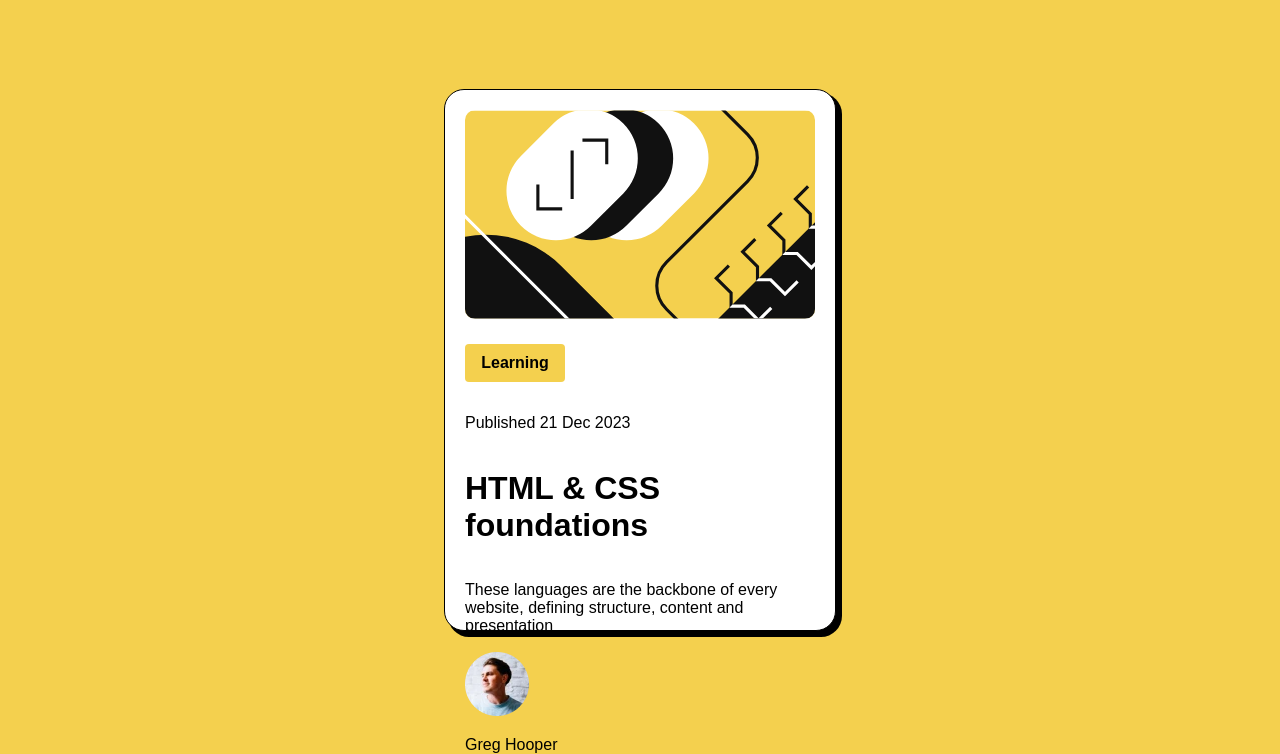
Repository: brandontaylor1/blogpreviewcard
Page: index.html
These files come from the project's save history. The page is drawn as it stood at one moment and after the next save; the edit follows.
The browser window is 1280 px wide. The pictures show the whole page.

Above is the page before, as saved 2024-12-25 11:16:10.

After the next save:
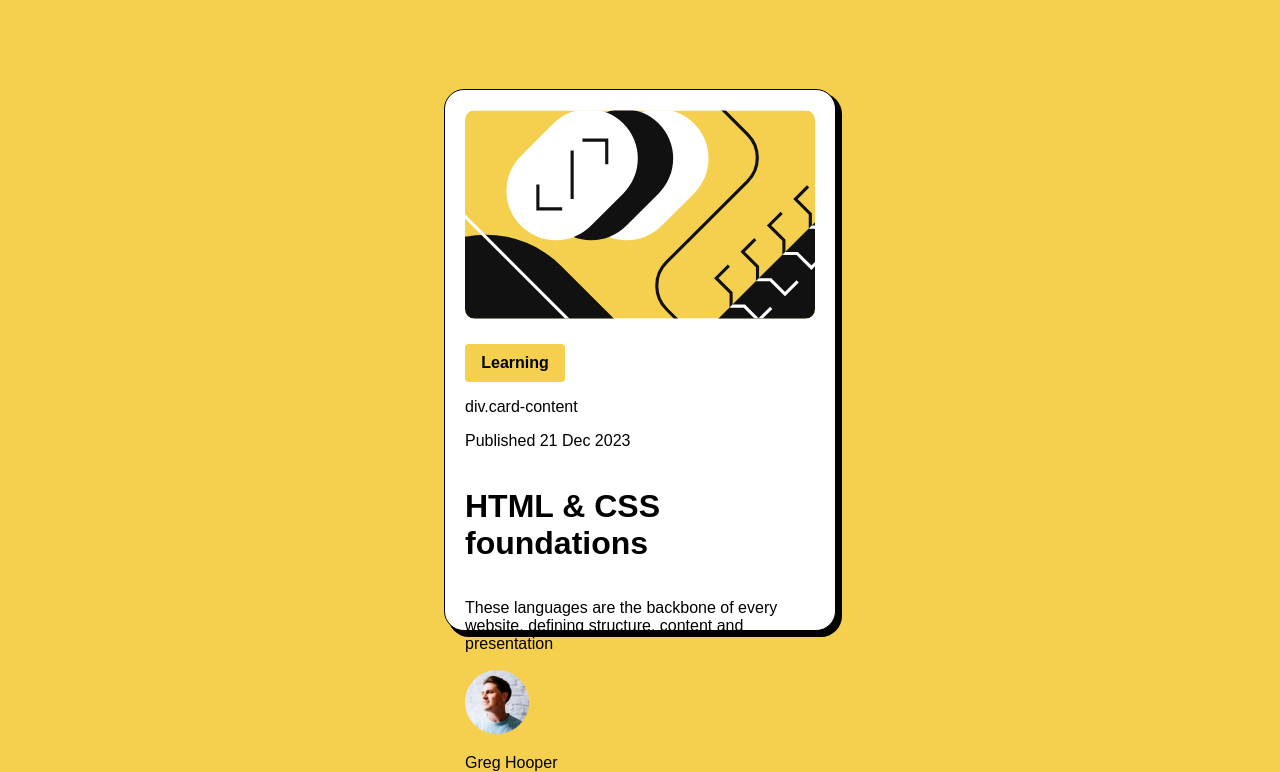
Saved 6 s later.
--- a/index.html
+++ b/index.html
@@ -13,7 +13,7 @@
         </div>
         <div class="card-content">
             <p id="learning-tag">Learning</p>
-
+            div.card-content
             <p>Published 21 Dec 2023</p>
             <h1>HTML & CSS foundations</h1>
             <p>These languages are the backbone of every website, defining structure, content and presentation</p>

After the 3 saves that followed:
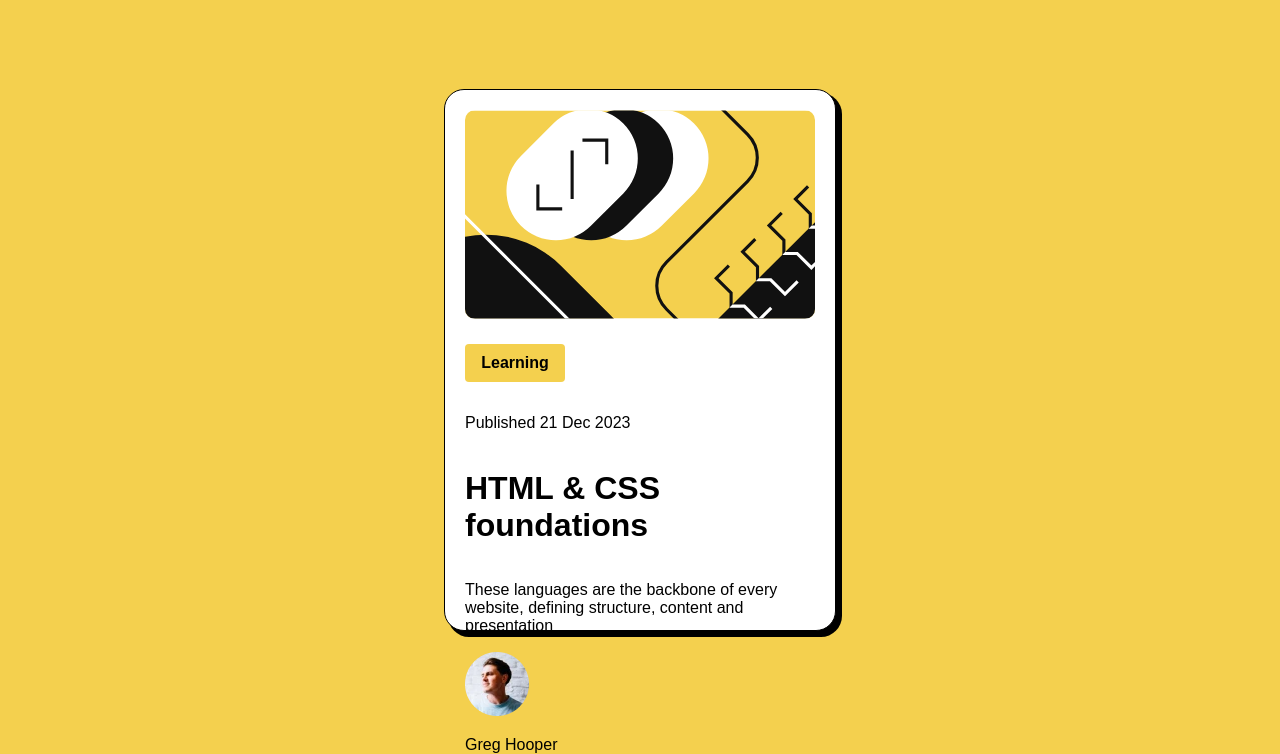
The 3 saves are shown as one change because they came seconds apart.
The last was saved 34 s later.
--- a/index.html
+++ b/index.html
@@ -13,7 +13,9 @@
         </div>
         <div class="card-content">
             <p id="learning-tag">Learning</p>
-            div.card-content
+            <div class="card-content">
+
+            </div>
             <p>Published 21 Dec 2023</p>
             <h1>HTML & CSS foundations</h1>
             <p>These languages are the backbone of every website, defining structure, content and presentation</p>
